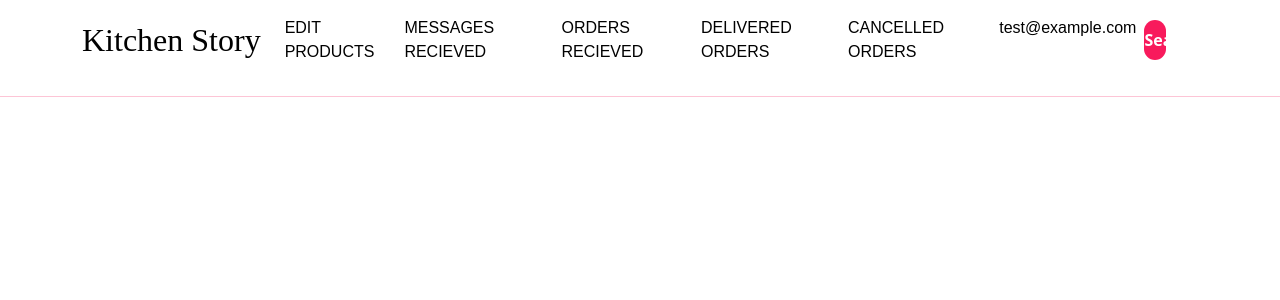
Repository: manishmachha/project-kitchenStory
Page: http://localhost/Phase_4_Kitchen_Story/admin/adminHeader.jsp
These files come from the project's save history. The page is drawn as it stood at one moment and after the next save; the edit follows.
The browser window is 1280 px wide. The pictures show the whole page.
Some web fonts or font styles are not loaded; a fallback is used. Some web libraries are served in a nearby version. The page is served by Tomcat 10. The session is filled in as if someone had signed in: {"email": "test@example.com"}. Other server files are loaded and not shown.

Above is the page before, as saved 2022-03-08 06:19:14.

### Phase 4 Kitchen Story/src/main/webapp/admin/adminHeader.jsp
<%@ page language="java" contentType="text/html; charset=ISO-8859-1"
	pageEncoding="ISO-8859-1"%>
<!DOCTYPE html>
<html>
<head>
<!-- Required meta tags -->
    <meta charset="utf-8">
    <meta name="viewport" content="width=device-width, initial-scale=1">

    <!-- Font Family -->
    <link rel="preconnect" href="https://fonts.googleapis.com">
    <link rel="preconnect" href="https://fonts.gstatic.com" crossorigin>
    <link href="https://fonts.googleapis.com/css2?family=Lobster&display=swap" rel="stylesheet">

    <!-- Bootstrap CSS -->
    <link href="https://cdn.jsdelivr.net/npm/bootstrap@5.0.2/dist/css/bootstrap.min.css" rel="stylesheet" integrity="sha384-EVSTQN3/azprG1Anm3QDgpJLIm9Nao0Yz1ztcQTwFspd3yD65VohhpuuCOmLASjC" crossorigin="anonymous">
    <link rel="stylesheet" href="indexStyle.css">

    <!-- font awesome -->
    <script src="https://kit.fontawesome.com/c26cd2166c.js"></script>
    <title>Kitchen Story | Home</title>
</head>
<%String email=session.getAttribute("email").toString(); %>
<nav class="navbar navbar-expand-lg">
	<div class="container">
		<a class="navbar-brand" href="#">Kitchen Story</a>
		<button class="navbar-toggler" type="button" data-bs-toggle="collapse"
			data-bs-target="#navbarScroll" aria-controls="navbarScroll"
			aria-expanded="false" aria-label="Toggle navigation">
			<span class="navbar-toggler-icon"></span>
		</button>
		<div class="collapse navbar-collapse" id="navbarScroll">
			<ul class="navbar-nav m-auto my-2 my-lg-0">
				<li class="nav-item"><a class="nav-link active" href="home.jsp">Edit Products</a>
				</li>
				<li class="nav-item"><a class="nav-link" href="#trending">Messages Recieved</a></li>
				<li class="nav-item"><a class="nav-link" href="#store"> Orders Recieved </a></li>
				<li class="nav-item"><a class="nav-link" href="home.jsp#aboutUs">Delivered Orders</a></li>
				<li class="nav-item"><a class="nav-link" href="#">Cancelled Orders</a></li>
				<li class="nav-item"><a class="nav-link"  id="accName" href="#"><%=email%></a>
				</li>
			</ul>
			<form class="d-flex">
				<button class="btn0" type="submit">Search</button>
			</form>
		</div>
	</div>
</nav>
<hr style="color: rgb(248, 26, 92)">

### Phase 4 Kitchen Story/src/main/webapp/admin/indexStyle.css
* {
	padding: 0;
	margin: 0;
	box-sizing: border-box;
}

.navbar-brand {
	font-size: 2rem;
	color: black;
	font-family: 'Lobster', cursive;
}

.navbar-brand:hover {
	color: black;
}

.nav-link {
	color: black;
	font-family: 'Rubik', sans-serif;
	text-transform: uppercase;
}

.nav-link:hover {
	color: black;
}

.btn0 {
	height: 40px;
	width: 40%;
	outline: none;
	border: none;
	background: rgb(248, 26, 92);
	color: white;
	border-radius: 60px;
	font-weight: 700;
}

.main {
	background: url(images/lunch.jpg) no-repeat;
	background-size: cover;
	height: 100vh;
	background-position: 50% 50%;
	width: 100%;
}

.main h1 {
	font-size: 4rem;
	font-weight: 700;
}

.btn1 {
	height: 45px;
	width: 35%;
	border: none;
	outline: none;
	background-color: rgb(248, 26, 92);
	color: white;
	font-weight: 700;
	border-radius: 60px;
}

.btn1:hover {
	background-color: rgb(255, 41, 41);
	transition: 0.5s;
}

.btn0:hover {
	background-color: rgb(255, 41, 41);
	transition: 0.5s;
}

h1 {
	font-weight: 700;
}

.card:hover {
	box-shadow: -2px 0px 26px -4px rgba(0, 0, 0, 0.75);
	-webkit-box-shadow: -2px 0px 26px -4px rgba(0, 0, 0, 0.75);
	-moz-box-shadow: -2px 0px 26px -4px rgba(0, 0, 0, 0.75);
	transition: 0.5s;
}

img {
	border-radius: 10px;
}

.col:hover {
	box-shadow: -2px 0px 26px -4px rgba(0, 0, 0, 0.75);
	-webkit-box-shadow: -2px 0px 26px -4px rgba(0, 0, 0, 0.75);
	-moz-box-shadow: -2px 0px 26px -4px rgba(0, 0, 0, 0.75);
	transition: 0.5s;
}

.quote {
	border-radius: 40px;
	background: linear-gradient(rgba(0, 0, 0, 0.2), rgba(0, 0, 0, 0.2)),
		url(images/quote-bg.jpg) no-repeat;
	background-size: cover;
	height: 80vh;
	width: 100%;
}

.quote h1 {
	font-family: 'Lobster', cursive;
	color: bisque;
}

.quote h6 {
	color: bisque;
}

.news {
	background-color: black;
	color: white;
}

.news h1 {
	font-family: 'Lobster', cursive;
}

.fab {
	font-size: 2.5rem;
	cursor: pointer;
	padding-right: 10px;
}

.footer {
	position: fixed;
	left: 0;
	bottom: 0;
	width: 100%;
	background-color: black;
	color: white;
	text-align: center;
}
#accName{
	text-transform: lowercase;
}

After the next save:
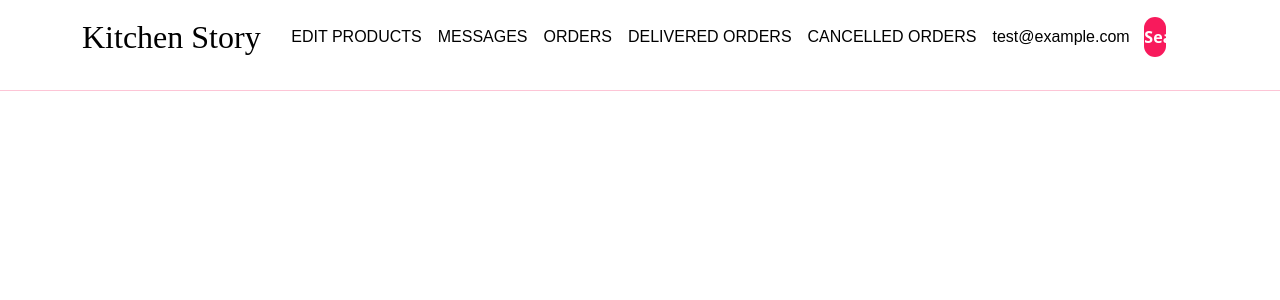
Saved 38 s later.
--- a/Phase 4 Kitchen Story/src/main/webapp/admin/adminHeader.jsp
+++ b/Phase 4 Kitchen Story/src/main/webapp/admin/adminHeader.jsp
@@ -33,8 +33,8 @@
 			<ul class="navbar-nav m-auto my-2 my-lg-0">
 				<li class="nav-item"><a class="nav-link active" href="home.jsp">Edit Products</a>
 				</li>
-				<li class="nav-item"><a class="nav-link" href="#trending">Messages Recieved</a></li>
-				<li class="nav-item"><a class="nav-link" href="#store"> Orders Recieved </a></li>
+				<li class="nav-item"><a class="nav-link" href="#trending">Messages</a></li>
+				<li class="nav-item"><a class="nav-link" href="#store"> Orders</a></li>
 				<li class="nav-item"><a class="nav-link" href="home.jsp#aboutUs">Delivered Orders</a></li>
 				<li class="nav-item"><a class="nav-link" href="#">Cancelled Orders</a></li>
 				<li class="nav-item"><a class="nav-link"  id="accName" href="#"><%=email%></a>
